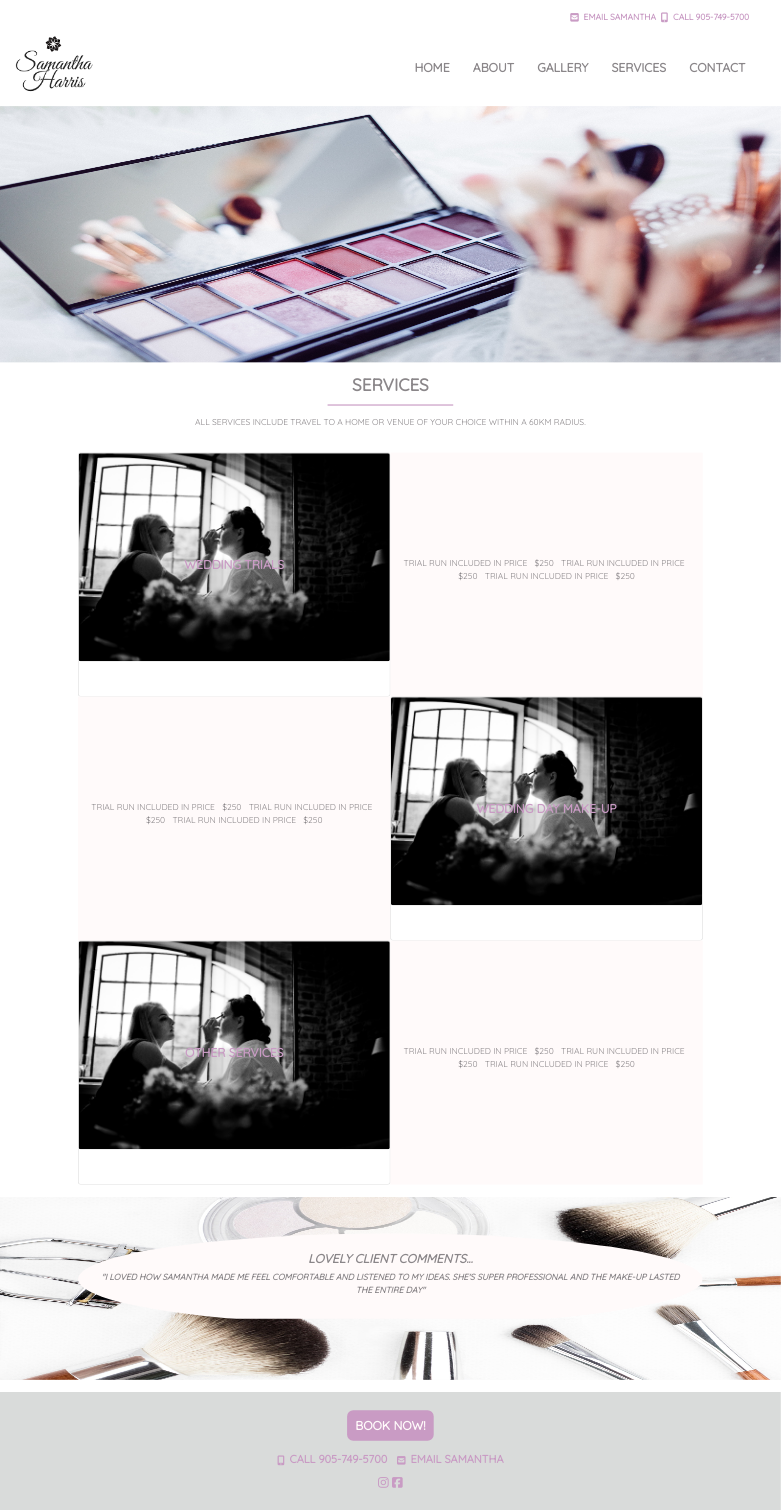
Repository: JayneyNix/milestone-1-UCFD
Page: services.html
The author's editor kept a record of every edit. The page is drawn from the files as they stood at one moment, then again after the next edit.
The browser window is 1280 px wide. The pictures show the whole page, at 61% of full size.
Some web libraries are served in a nearby version.

Above is the page before.

After the next edit:
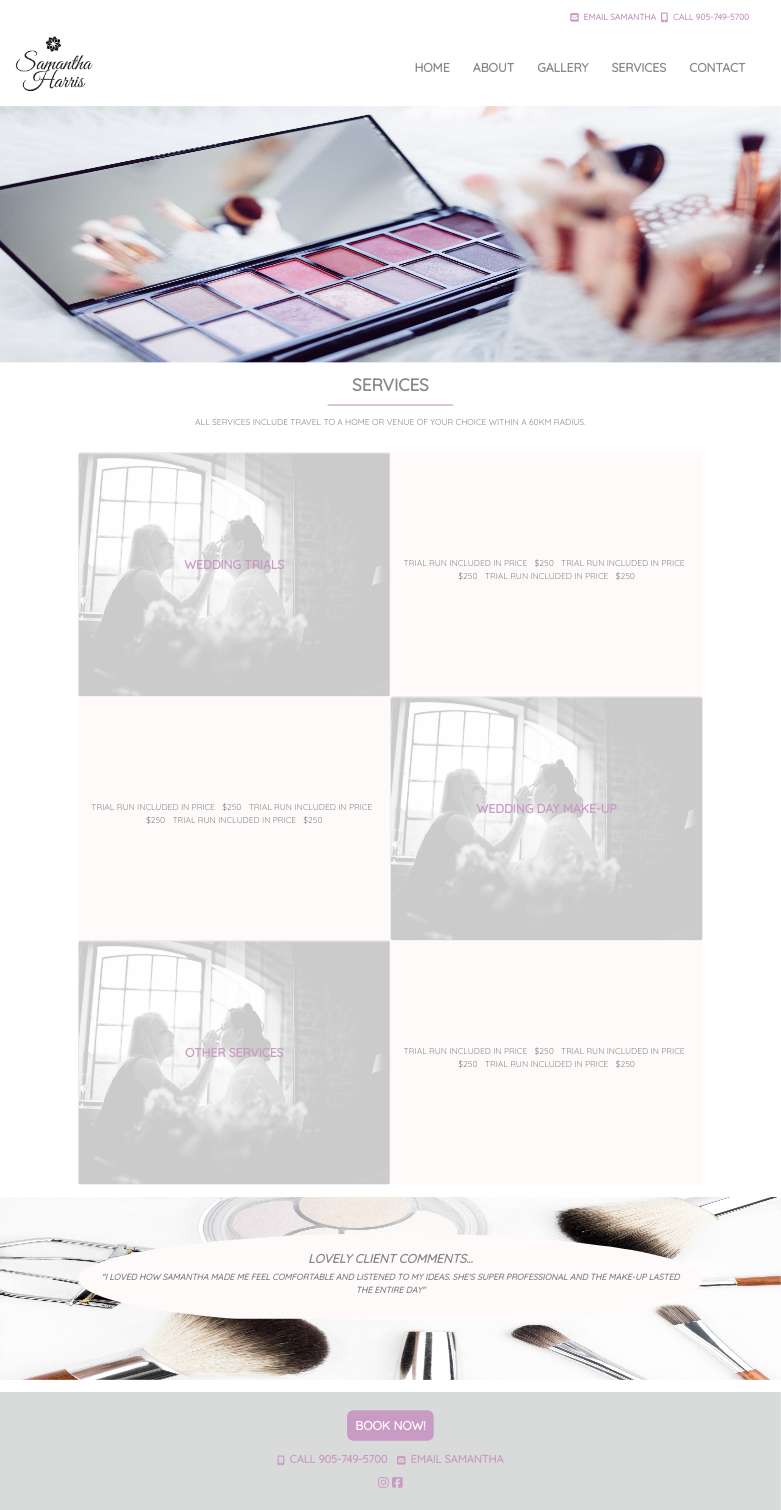
The edit:
--- a/Assets/style.css
+++ b/Assets/style.css
@@ -473,7 +473,7 @@
     margin:0;
 }
 
-  .category-image {
+  .card-img {
     width: 100%;
     height:100%;
     opacity: 0.2;
